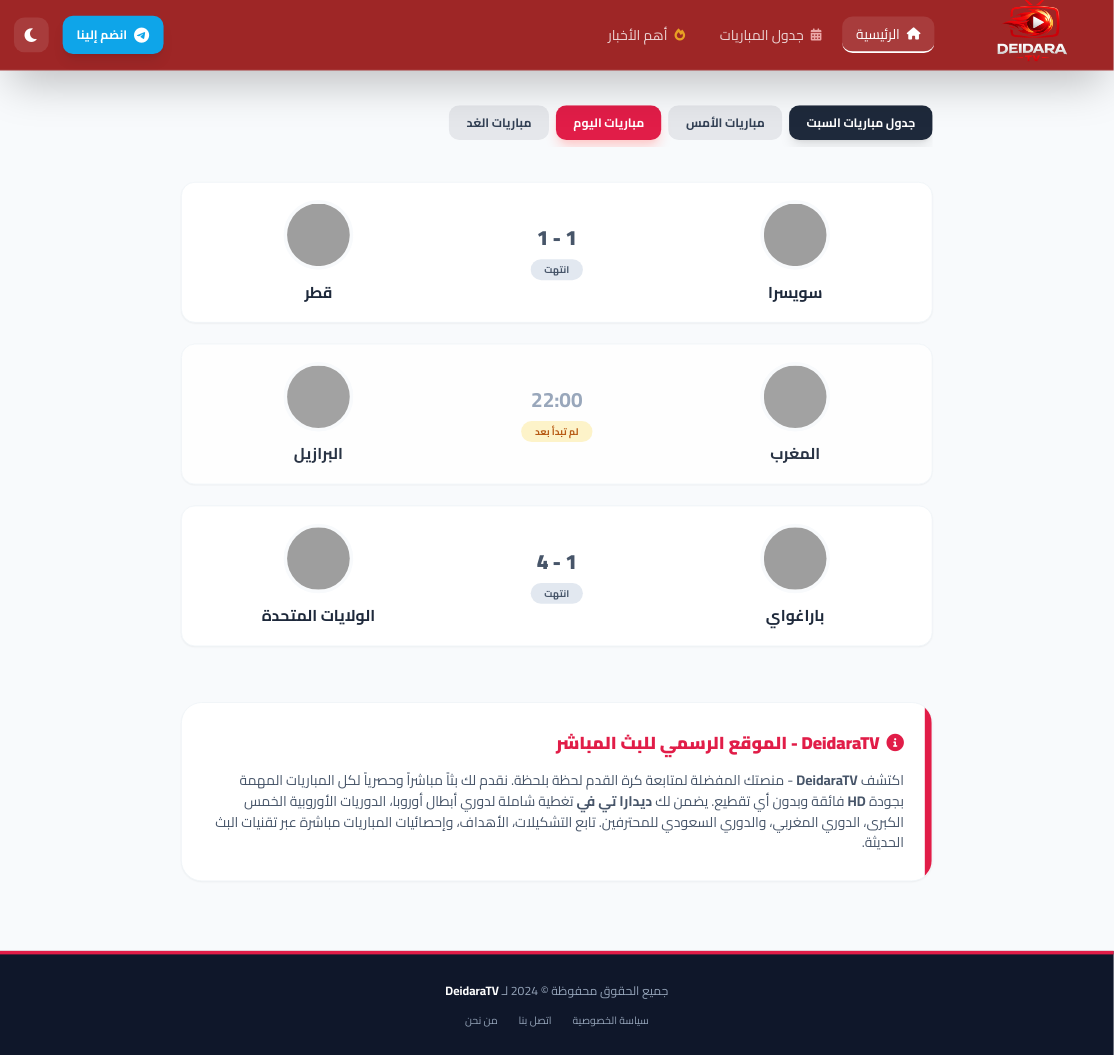
Repository: zakariax05/deidaraTV
Page: index.html
The author's editor kept a copy of each file at every save. The page is drawn from the files as they stood at one save, then again after the next save.
The browser window is 1280 px wide. The pictures show the whole page, at 87% of full size.
Pictures or frames that could not be fetched are drawn as grey boxes. Some web libraries are served in a nearby version.

Above is the page before, as saved 2026-06-14 02:49:26.

After the next save:
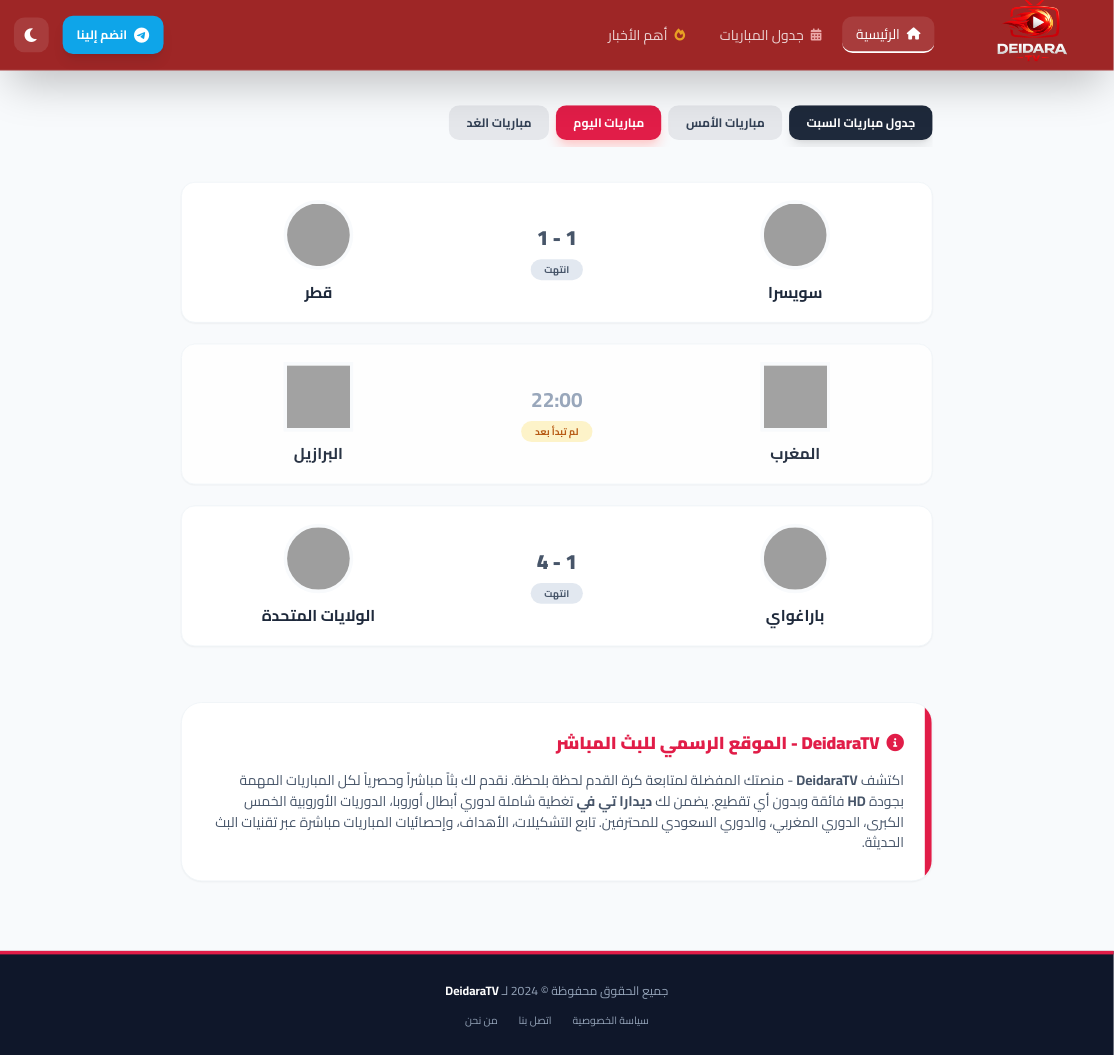
Saved 2 min 51 s later.
--- a/index.html
+++ b/index.html
@@ -149,7 +149,7 @@
         <!-- الفريق الأول -->
         <div class="flex flex-col items-center w-1/3">
           <img src="https://flagcdn.com/w160/ma.png" alt="المغرب"
-            class="w-14 h-14 md:w-20 md:h-20 rounded-full object-cover border-4 border-slate-50 shadow-inner mb-3">
+            class="w-14 h-14 md:w-20 md:h-20 object-cover border-4 border-slate-50 shadow-inner mb-3">
           <span class="font-bold text-sm md:text-lg text-slate-800">المغرب</span>
         </div>
 
@@ -163,7 +163,7 @@
         <!-- الفريق الثاني -->
         <div class="flex flex-col items-center w-1/3">
           <img src="https://flagcdn.com/w160/br.png" alt="البرازيل"
-            class="w-14 h-14 md:w-20 md:h-20 rounded-full object-cover border-4 border-slate-50 shadow-inner mb-3">
+            class="w-14 h-14 md:w-20 md:h-20 object-cover border-4 border-slate-50 shadow-inner mb-3">
           <span class="font-bold text-sm md:text-lg text-slate-800">البرازيل</span>
         </div>
       </a>

After the save that followed:
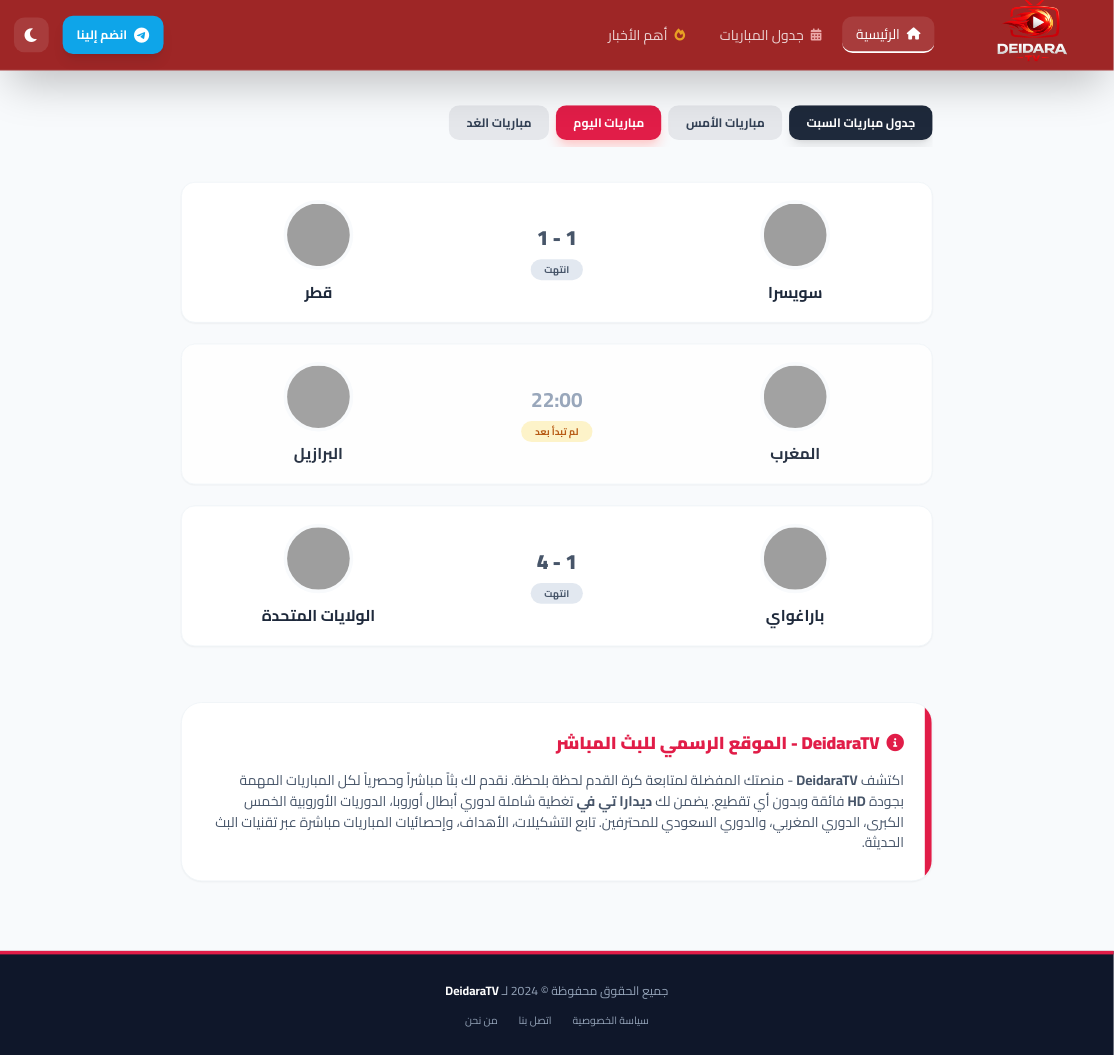
Saved 18 s later.
--- a/index.html
+++ b/index.html
@@ -149,7 +149,7 @@
         <!-- الفريق الأول -->
         <div class="flex flex-col items-center w-1/3">
           <img src="https://flagcdn.com/w160/ma.png" alt="المغرب"
-            class="w-14 h-14 md:w-20 md:h-20 object-cover border-4 border-slate-50 shadow-inner mb-3">
+            class="w-14 h-14 md:w-20 md:h-20 rounded-full object-cover border-4 border-slate-50 shadow-inner mb-3">
           <span class="font-bold text-sm md:text-lg text-slate-800">المغرب</span>
         </div>
 
@@ -163,7 +163,7 @@
         <!-- الفريق الثاني -->
         <div class="flex flex-col items-center w-1/3">
           <img src="https://flagcdn.com/w160/br.png" alt="البرازيل"
-            class="w-14 h-14 md:w-20 md:h-20 object-cover border-4 border-slate-50 shadow-inner mb-3">
+            class="w-14 h-14 md:w-20 md:h-20 rounded-full object-cover border-4 border-slate-50 shadow-inner mb-3">
           <span class="font-bold text-sm md:text-lg text-slate-800">البرازيل</span>
         </div>
       </a>
